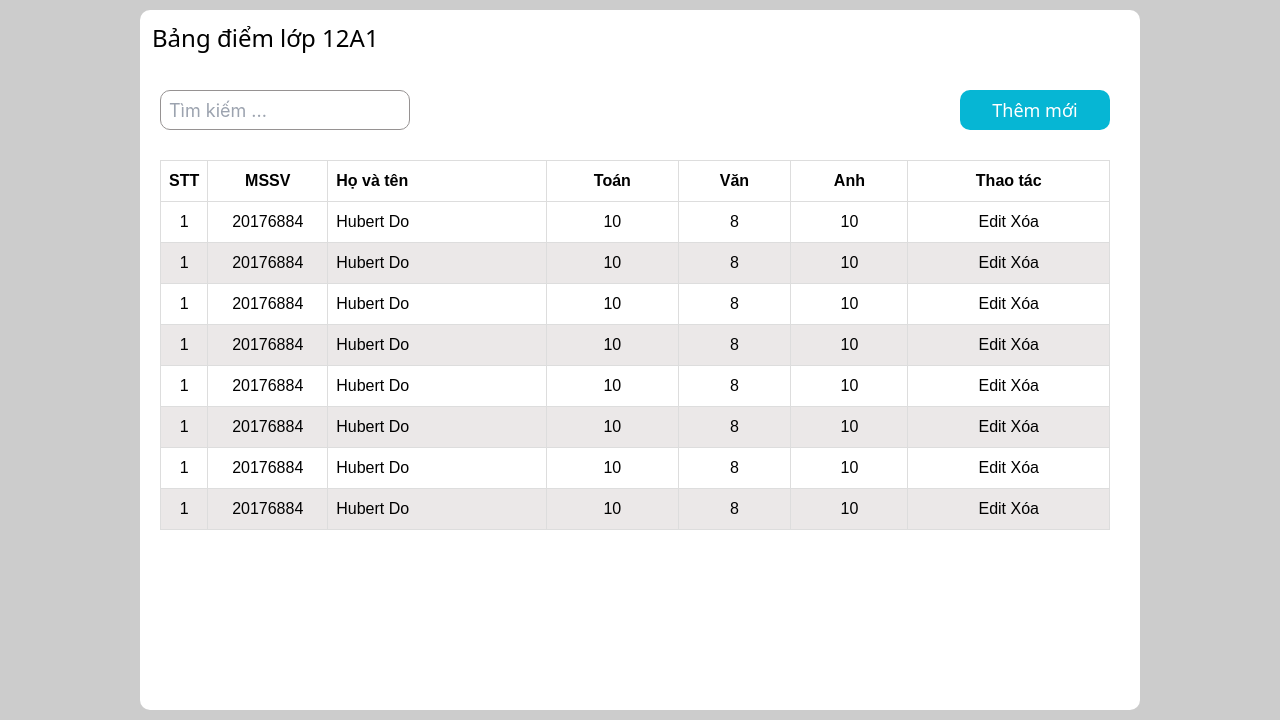
Repository: doducthuan/ReactJS-Movie
Page: /
An editor plug-in stored every save of this project. The page is shown before and after the next save, followed by the edit.
The browser window is 1280 px wide. The pictures show the whole page.
The project was rebuilt for these pictures with package versions that can differ from the ones it lists, and the page was loaded fresh each time. Also part of the build but not shown: src/App.css.

Above is the page before, as saved 2024-01-13 07:56:56.

### public/index.html
<!DOCTYPE html>
<html lang="en">
  <head>
    <meta charset="utf-8" />
    <link rel="icon" href="%PUBLIC_URL%/avatar_rmbg.png" />
    <meta name="viewport" content="width=device-width, initial-scale=1" />
    <meta name="theme-color" content="#000000" />
    <meta
      name="description"
      content="Web site created using create-react-app"
    />
    <link rel="apple-touch-icon" href="%PUBLIC_URL%/logo192.png" />
    <!--
      manifest.json provides metadata used when your web app is installed on a
      user's mobile device or desktop. See https://developers.google.com/web/fundamentals/web-app-manifest/
    -->
    <link rel="manifest" href="%PUBLIC_URL%/manifest.json" />
    <!--
      Notice the use of %PUBLIC_URL% in the tags above.
      It will be replaced with the URL of the `public` folder during the build.
      Only files inside the `public` folder can be referenced from the HTML.

      Unlike "/favicon.ico" or "favicon.ico", "%PUBLIC_URL%/favicon.ico" will
      work correctly both with client-side routing and a non-root public URL.
      Learn how to configure a non-root public URL by running `npm run build`.
    -->
    <title>Mèo Hen</title>
  </head>
  <body>
    <noscript>You need to enable JavaScript to run this app.</noscript>
    <div id="root"></div>
    <!--
      This HTML file is a template.
      If you open it directly in the browser, you will see an empty page.

      You can add webfonts, meta tags, or analytics to this file.
      The build step will place the bundled scripts into the <body> tag.

      To begin the development, run `npm start` or `yarn start`.
      To create a production bundle, use `npm run build` or `yarn build`.
    -->
  </body>
</html>

### src/App.js
import './App.css';
import Students from './components/students/Students';
function App() {
  return (
    <div className="App">
      <Students></Students>
    </div>
  );
}

export default App;

### src/components/students/Students.js
import React, { useMemo } from 'react';
import './styles.css';
import { useTable } from 'react-table';
import { COLUMNS } from './Columns';
const Students = () => {
    const data = [
        { stt: 1, id: 20176884, name: "Hubert Do", math: 10, literature: 8, english: 10 },
        { stt: 1, id: 20176884, name: "Hubert Do", math: 10, literature: 8, english: 10 },
        { stt: 1, id: 20176884, name: "Hubert Do", math: 10, literature: 8, english: 10 },
        { stt: 1, id: 20176884, name: "Hubert Do", math: 10, literature: 8, english: 10 },
        { stt: 1, id: 20176884, name: "Hubert Do", math: 10, literature: 8, english: 10 },
        { stt: 1, id: 20176884, name: "Hubert Do", math: 10, literature: 8, english: 10 },
        { stt: 1, id: 20176884, name: "Hubert Do", math: 10, literature: 8, english: 10 },
        { stt: 1, id: 20176884, name: "Hubert Do", math: 10, literature: 8, english: 10 },
    ];
    const columns = useMemo(() => COLUMNS, []);
    const { getTableProps, getTableBodyProps, headerGroups, rows, prepareRow } = useTable({ columns, data });
    return (
        <div className="full-view">
            <div className="border-data">
                <p className="font-sans text-2xl ml-3 mt-3">Bảng điểm lớp 12A1</p>
                <div className="table-data">
                    <div className="search-add mt-9 flex">
                        <input className="search-all text-lg" placeholder='Tìm kiếm ...' />
                        <button className="add-student font-sans text-lg bg-cyan-500 hover:bg-cyan-600 text-white">Thêm mới</button>
                    </div>
                    <div className="table-content">
                        <table {...getTableProps()}>
                            <thead>
                                {headerGroups.map((headerGroup) => (
                                    <tr {...headerGroup.getHeaderGroupProps()}>
                                        {headerGroup.headers.map((column) => (
                                            <th {...column.getHeaderProps()}>
                                                {column.render('Header')}
                                            </th>
                                        ))}
                                        <th>Thao tác</th>
                                    </tr>
                                ))}
                            </thead>
                            <tbody {...getTableBodyProps()}>
                                {rows.map((row) => {
                                    prepareRow(row);
                                    return (
                                        <tr {...row.getRowProps()}>
                                            {row.cells.map((cell) => {
                                                return (
                                                    <td {...cell.getCellProps()}>
                                                        {cell.render('Cell')}
                                                    </td>
                                                );

                                            })}
                                            <td>Edit Xóa</td>
                                        </tr>
                                    );
                                })}
                            </tbody>
                        </table>

                    </div>
                </div>

            </div>
        </div>
    );
};

export default Students;

### src/components/students/styles.css
.full-view{
    display: flex;
    justify-content: center;
    align-items: center;
    height: 100vh;
    background-color: #ccc;
}
.border-data{
    width: 1000px;
    height: 700px;
    background-color: #fff;
    border-radius: 10px;
}
.table-data{
    width: 95%;
    height: 600px;
    margin-left: 20px;
}
.search-add{
    gap: 550px;
    margin-bottom: 30px;
}
.search-all{
    width: 250px;
    height: 40px;
    border: 1px solid #969292;
    border-radius: 10px;
    padding: 8px;
}
.add-student{
    width: 150px;
    height: 40px;
    border-radius: 10px;
}
table{
    font-family: sans-serif;
    border-collapse: collapse;
    width: 100%;
}
td,th {
    border: 1px solid #dddddd;
    text-align: left;
    padding: 8px;
}
tr:nth-child(even) {
    background-color: #ebe8e8;
}
thead tr th:nth-child(1),
thead tr th:nth-child(2),
thead tr th:nth-child(4),
thead tr th:nth-child(5),
thead tr th:nth-child(6),
thead tr th:nth-child(7),
tbody tr td:nth-child(1),
tbody tr td:nth-child(2),
tbody tr td:nth-child(4),
tbody tr td:nth-child(5),
tbody tr td:nth-child(6),
tbody tr td:nth-child(7){
    text-align: center;
}

thead tr th:nth-child(1),
tbody tr td:nth-child(1){
    width: 25px;
}
thead tr th:nth-child(2),
tbody tr td:nth-child(2){
    width: 120px;
}

### src/components/students/Columns.js
export const COLUMNS = [
    { Header: "STT", accessor: "stt" },
    { Header: "MSSV", accessor: "id" },
    { Header: "Họ và tên", accessor: "name" },
    { Header: "Toán", accessor: "math" },
    { Header: "Văn", accessor: "literature" },
    { Header: "Anh", accessor: "english" },
];

Loaded but not shown: src/index.js (common file); src/index.css (common file); src/reportWebVitals.js (common file); tailwind.config.js (common file)

After the next save:
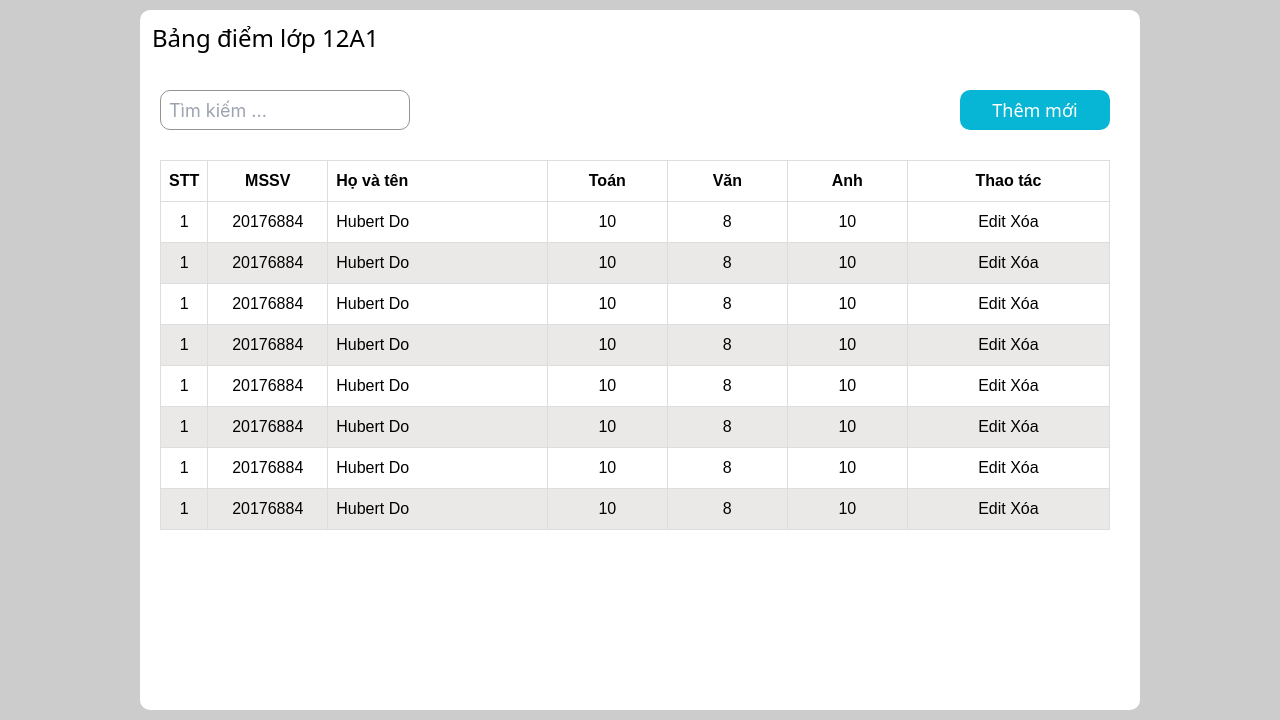
Saved 50 s later.
--- a/src/components/students/styles.css
+++ b/src/components/students/styles.css
@@ -68,3 +68,11 @@ thead tr th:nth-child(2),
 tbody tr td:nth-child(2){
     width: 120px;
 }
+thead tr th:nth-child(4),
+tbody tr td:nth-child(4),
+thead tr th:nth-child(5),
+tbody tr td:nth-child(5),
+thead tr th:nth-child(6),
+tbody tr td:nth-child(6){
+    width: 120px;
+}
